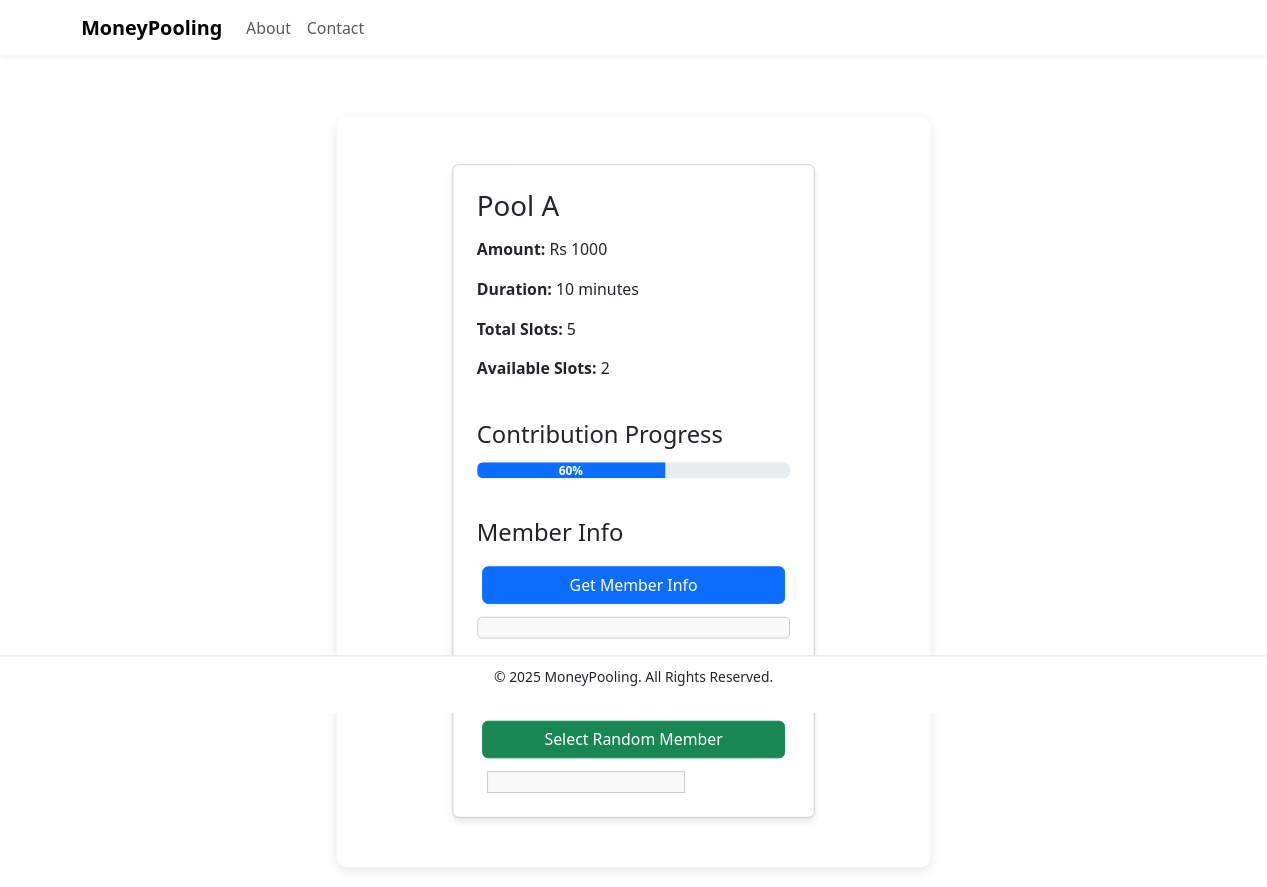
Repository: xxgautm420/MoneyPool
Page: http://localhost/progress
The author's editor kept a copy of each file at every save. The page is drawn from the files as they stood at one save, then again after the next save.
The browser window is 1280 px wide. The pictures show the whole page, at 99% of full size.
The page is served by the project's application, run on Flask 3 (app.py). Other server files are loaded and not shown.

Above is the page before, as saved 2025-03-02 13:41:26.

### templates/progress.html
<!DOCTYPE html>
<html lang="en">
<head>
    <meta charset="UTF-8">
    <meta name="viewport" content="width=device-width, initial-scale=1.0">
    <title>Money Pooling</title>

    <!-- External Stylesheets -->
    <link rel="stylesheet" href="{{ url_for('static', filename='Css/progress.css') }}">
    <link href="https://cdn.jsdelivr.net/npm/bootstrap@5.3.0-alpha1/dist/css/bootstrap.min.css" rel="stylesheet">
</head>
<body>

    <!-- Navbar -->
    <nav class="navbar navbar-expand-lg navbar-light bg-white fixed-top shadow-sm">
        <div class="container">
            <a class="navbar-brand fw-bold" href="#">MoneyPooling</a>
            <div class="collapse navbar-collapse">
                <ul class="navbar-nav me-auto mb-2 mb-lg-0">
                    <li class="nav-item">
                        <a class="nav-link" href="#" id="aboutLink">About</a>
                    </li>
                    <li class="nav-item">
                        <a class="nav-link" href="#" id="contactLink">Contact</a>
                    </li>
                </ul>
            </div>
        </div>
    </nav>

    <div id="aboutFormContainer" class="about-container" style="display: none;">
        <div class="about-box">
            <section>
                <h1>About This Project</h1>
                <p>In today's digital age, web applications play a pivotal role in streamlining various processes and enhancing user experiences. This project focuses on developing a web application designed to facilitate a unique and engaging process where members join a slot, contribute a specified amount, and a randomly selected member benefits until all members have been selected. The application aims to provide a seamless and user-friendly experience, ensuring secure login, easy slot selection, and transparent tracking of contributions.</p>
                <p>The project is motivated by the need to create an efficient and reliable system that can manage member contributions and random selections in a fair and transparent manner. By leveraging modern web technologies, the application aims to enhance user engagement and foster a sense of community among members. This document outlines the functional requirements, user interaction flow, technical specifications, and expected outcomes of the project.</p>
                <button id="closeAbout" class="close-button">x</button>
            </section>
        </div>
    </div>

    <div id="contactFormContainer" class="contact-container" style="display: none;">
        <div class="contact-box">
            <section>
                <h1>Contact</h1>
                <form>
                    <label for="name">Name:</label><br>
                    <input type="text" id="name" name="name" placeholder="Your Name"><br><br>
                    <label for="email">Email:</label><br>
                    <input type="email" id="email" name="email" placeholder="Your Email"><br><br>
                    <label for="number">Number:</label><br>
                    <input type="tel" id="number" name="number" placeholder="Your Phone Number"><br><br>
                </form>
                <p><strong>Address:</strong> Your Address Here</p>
                <p><strong>Contact Number:</strong> Your Contact Number Here</p>
                <button id="closeContact" class="close-button">x</button>
            </section>
        </div>
    </div>

    <!-- Main Content -->
    <div class="main-container mt-5 pt-5">
        <div class="card p-4">
            <h3 id="poolName">Pool A</h3>
            <p><strong>Amount:</strong> Rs <span id="poolAmount">1000</span></p>
            <p><strong>Duration:</strong> 10 minutes</p>
            <p><strong>Total Slots:</strong> 5</p>
            <p><strong>Available Slots:</strong> <span id="availableSlots">2</span></p>

            <!-- Contribution Progress -->
            <h4 class="mt-4">Contribution Progress</h4>
            <div class="progress mb-3">
                <div id="progressBar" class="progress-bar" role="progressbar" style="width: 60%">60%</div>
            </div>

            <!-- Member Info Section -->
            <h4 class="mt-4">Member Info</h4>
            <button id="memberInfoButton" class="btn btn-primary" onclick="fetchUsername(1)">Get Member Info</button>
            <div id="usernamePlaceholder" class="username-placeholder mt-2"></div> <!-- Placeholder for username -->

            <!-- Randomly Selected Member Section -->
            <h4 class="mt-4">Randomly Selected Member</h4>
            <button id="randomSelectButton" class="btn btn-success">Select Random Member</button>
            <div id="selectedMemberPlaceholder" class="selected-member-placeholder mt-2"></div> <!-- Placeholder for selected username -->
        </div>
    </div>

    <!-- Footer -->
    <footer class="footer">
        <p>&copy; 2025 MoneyPooling. All Rights Reserved.</p>
    </footer>

    <!-- External JavaScript -->
    <script src="{{ url_for('static', filename='Script/progress.js') }}"></script>
</body>
</html>

### app.py
from flask import Flask, render_template , jsonify
from user import User, db
from config import Config
from auth import auth_bp

app = Flask(__name__)
app.config.from_object(Config)
db.init_app(app)

app.register_blueprint(auth_bp)

@app.route('/')
def home():
    return render_template('index.html')

@app.route('/progress')
def progress():
    return render_template('progress.html')

@app.route('/api/users/top5', methods=['GET'])
def get_top5_users():
    users = User.query.limit(5).all()
    return jsonify([user.username for user in users])

if __name__ == '__main__':
    app.run(debug=True)

### static/Css/progress.css
/* General Page Styling */
body {
    font-family: Arial, sans-serif;
    text-align: center;
    margin: 0;
    background-color: white;
    padding-top: 70px; /* Space for fixed navbar */
    display: flex;
    flex-direction: column;
    min-height: 100vh; /* Ensure the body takes at least the full height of the viewport */
    align-items: center; /* Center items horizontally */
}

/* Navbar */
.navbar {
    box-shadow: 0px 2px 5px rgba(0, 0, 0, 0.1);
    width: 100%; /* Ensure the navbar spans the full width */
}

/* Footer */
footer {
    width: 100%;
    background-color: white;
    text-align: center;
    padding: 10px;
    font-size: 14px;
    border-top: 1px solid #dee2e6;
    position: fixed; /* Ensure footer stays at the bottom */
    bottom: 0;
    left: 0;
    right: 0;
}

/* About Form Container */
.about-container {
    position: fixed;
    top: 50%;
    left: 50%;
    transform: translate(-50%, -50%);
    width: 80%;
    max-width: 600px;
    background-color: white;
    border-radius: 10px;
    box-shadow: 0 4px 8px rgba(0, 0, 0, 0.1);
    overflow: auto;
    max-height: 90vh;
    padding: 20px;
}

.about-box {
    padding: 20px;
}

.about-container h1 {
    margin-top: 0;
}

.about-container p {
    line-height: 1.6;
}

.close-button {
    position: absolute;
    top: 10px;
    right: 10px;
    background-color: #f44336;
    color: white;
    border: none;
    border-radius: 50%;
    width: 30px;
    height: 30px;
    cursor: pointer;
    font-size: 16px;
}

.close-button:hover {
    background-color: #d32f2f;
}

/* Contact Form Container */
.contact-container {
    position: fixed;
    top: 50%;
    left: 50%;
    transform: translate(-50%, -50%);
    width: 80%;
    max-width: 600px;
    background-color: white;
    border-radius: 10px;
    box-shadow: 0 4px 8px rgba(0, 0, 0, 0.1);
    overflow: auto;
    max-height: 90vh;
    padding: 20px;
}

.contact-container h1 {
    margin-top: 0;
}

.contact-container form {
    margin-top: 20px;
}

.contact-container input,
.contact-container textarea {
    width: 100%;
    padding: 10px;
    margin-top: 5px;
    margin-bottom: 10px;
    border-radius: 5px;
    border: 1px solid #ccc;
}

.contact-container p {
    line-height: 1.6;
    margin-top: 10px;
}

/* Main Container */
.main-container {
    width: 80%;
    max-width: 600px;
    margin: 20px auto;
    padding: 30px;
    background-color: #fff;
    border-radius: 10px;
    box-shadow: 0 4px 12px rgba(0, 0, 0, 0.1);
    flex: 1; /* Allow the container to grow and take available space */
    overflow-y: auto; /* Enable vertical scrolling if content exceeds height */
    display: flex;
    flex-direction: column; /* Stack the elements vertically */
    align-items: center; /* Center items horizontally */
    justify-content: center; /* Center items vertically within the container */
}

/* Member Section */
.member-section {
    display: flex;
    align-items: center; /* Align items vertically centered within the container */
    justify-content: center; /* Align items horizontally centered within the container */
    margin-top: 20px;
}

.card {
    padding: 20px;
    border: 1px solid #dee2e6;
    border-radius: 10px;
    background-color: #ffffff;
    box-shadow: 0 4px 8px rgba(0, 0, 0, 0.1);
    margin-bottom: 20px; /* Add spacing between cards */
}

.card h3, .card h4 {
    margin-bottom: 15px;
}

.progress {
    height: 25px;
}

.progress-bar {
    background-color: #28a745; /* Green background for progress bar */
    color: white;
    font-weight: bold;
    line-height: 25px; /* Vertically center the text within the progress bar */
}

.list-group-item {
    padding: 10px;
    border: 1px solid #dee2e6;
    margin-bottom: 5px;
}

.btn {
    margin: 5px;
    padding: 10px 20px;
    font-size: 16px;
    border-radius: 5px;
    border: none;
}

.btn-success {
    background-color: #28a745;
    color: white;
}

.btn-success:hover {
    background-color: #218838;
}

.mt-4 {
    margin-top: 1.5rem;
}

.mt-5 {
    margin-top: 3rem;
}

.mb-3 {
    margin-bottom: 1rem;
}

.mb-4 {
    margin-bottom: 1.5rem;
}

.text-center {
    text-align: center;
}

.username-placeholder {
    padding: 10px;
    border: 1px solid #ccc;
    border-radius: 5px;
    background-color: #f9f9f9;
    max-width: 400px;
    margin: 10px 0;
}

.username-item {
    padding: 5px;
    border-bottom: 1px solid #ddd;
    font-family: Arial, sans-serif;
    font-size: 14px;
}

.username-item:last-child {
    border-bottom: none;
}

.selected-member-placeholder {
    display: inline-block;
    margin-left: 10px; /* Adjust the space between the button and the placeholder */
    padding: 10px;
    border: 1px solid #ccc;
    background-color: #f9f9f9;
    width: 200px; /* Adjust the width as needed */
    vertical-align: middle; /* Aligns vertically with the button */
}

### static/Script/progress.js
document.addEventListener("DOMContentLoaded", () => {
    const memberInfoButton = document.getElementById("memberInfoButton");
    const usernamePlaceholder = document.getElementById("usernamePlaceholder");
    const randomSelectButton = document.getElementById("randomSelectButton");
    const selectedMemberPlaceholder = document.getElementById("selectedMemberPlaceholder");

    let usernames = [];
    let selectedUsernames = new Set();

    // Fetch and display top 5 users
    memberInfoButton.addEventListener("click", () => {
        fetch('/api/users/top5')
            .then(response => response.json())
            .then(data => {
                usernames = data;
                usernamePlaceholder.innerHTML = usernames.map(user => `<div class="username-item">${user}</div>`).join('');
            })
            .catch(error => {
                console.error('Error fetching user data:', error);
                usernamePlaceholder.innerHTML = 'An error occurred';
            });
    });

    // Randomly select and display a member
    randomSelectButton.addEventListener("click", () => {
        if (selectedUsernames.size >= usernames.length) {
            selectedMemberPlaceholder.innerHTML = 'All members have been selected.';
            return;
        }

        let remainingUsers = usernames.filter(user => !selectedUsernames.has(user));
        let randomIndex = Math.floor(Math.random() * remainingUsers.length);
        let selectedUser = remainingUsers[randomIndex];

        selectedUsernames.add(selectedUser);

        selectedMemberPlaceholder.innerHTML = `Selected Member: ${selectedUser}`;

        setTimeout(() => {
            randomSelectButton.click();
        }, 5000);
    });
});

After the next save:
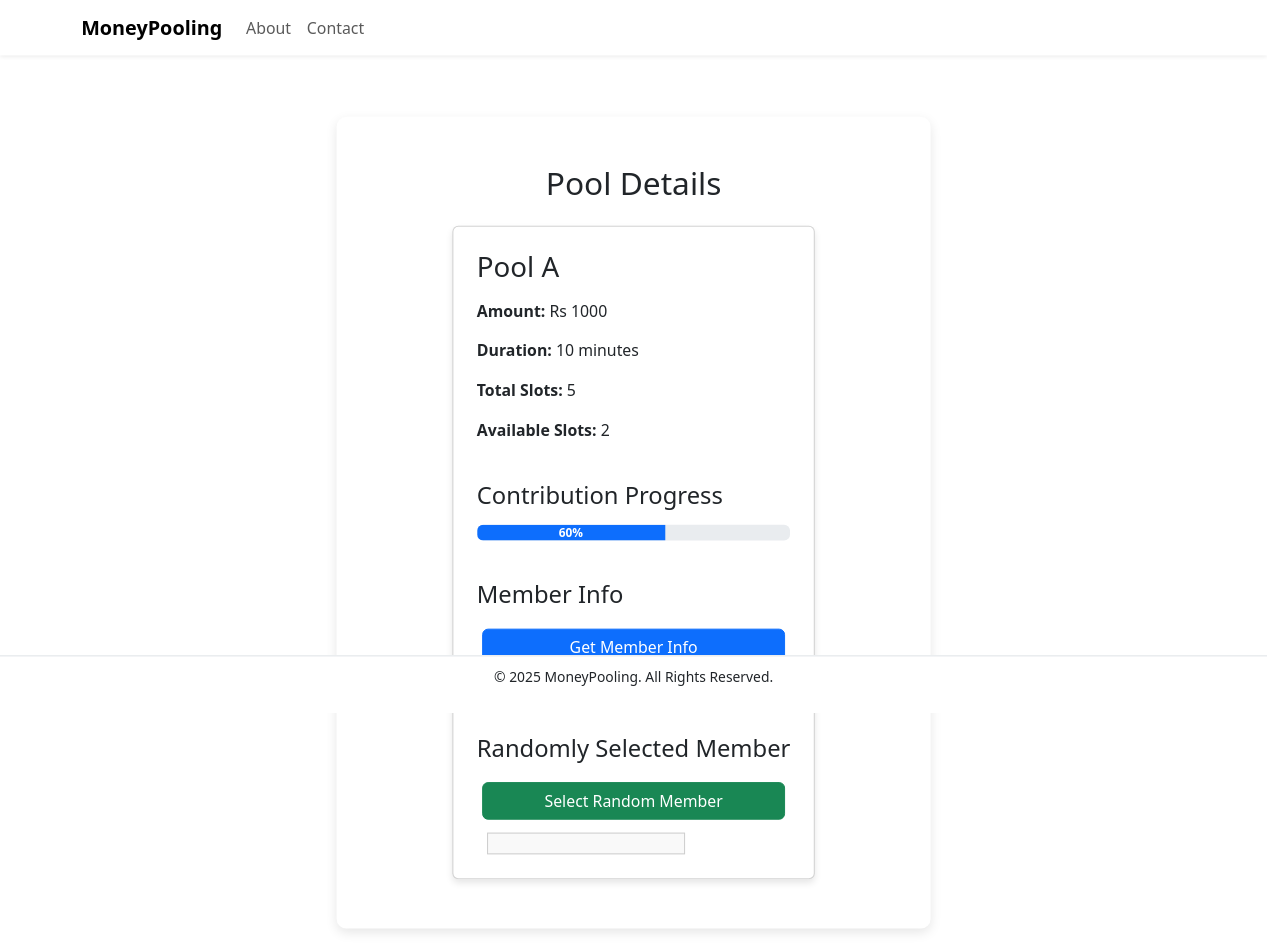
Saved 7 s later.
--- a/templates/progress.html
+++ b/templates/progress.html
@@ -60,6 +60,7 @@
 
     <!-- Main Content -->
     <div class="main-container mt-5 pt-5">
+        <h2 class="text-center mb-4">Pool Details</h2>
         <div class="card p-4">
             <h3 id="poolName">Pool A</h3>
             <p><strong>Amount:</strong> Rs <span id="poolAmount">1000</span></p>

After the save that followed:
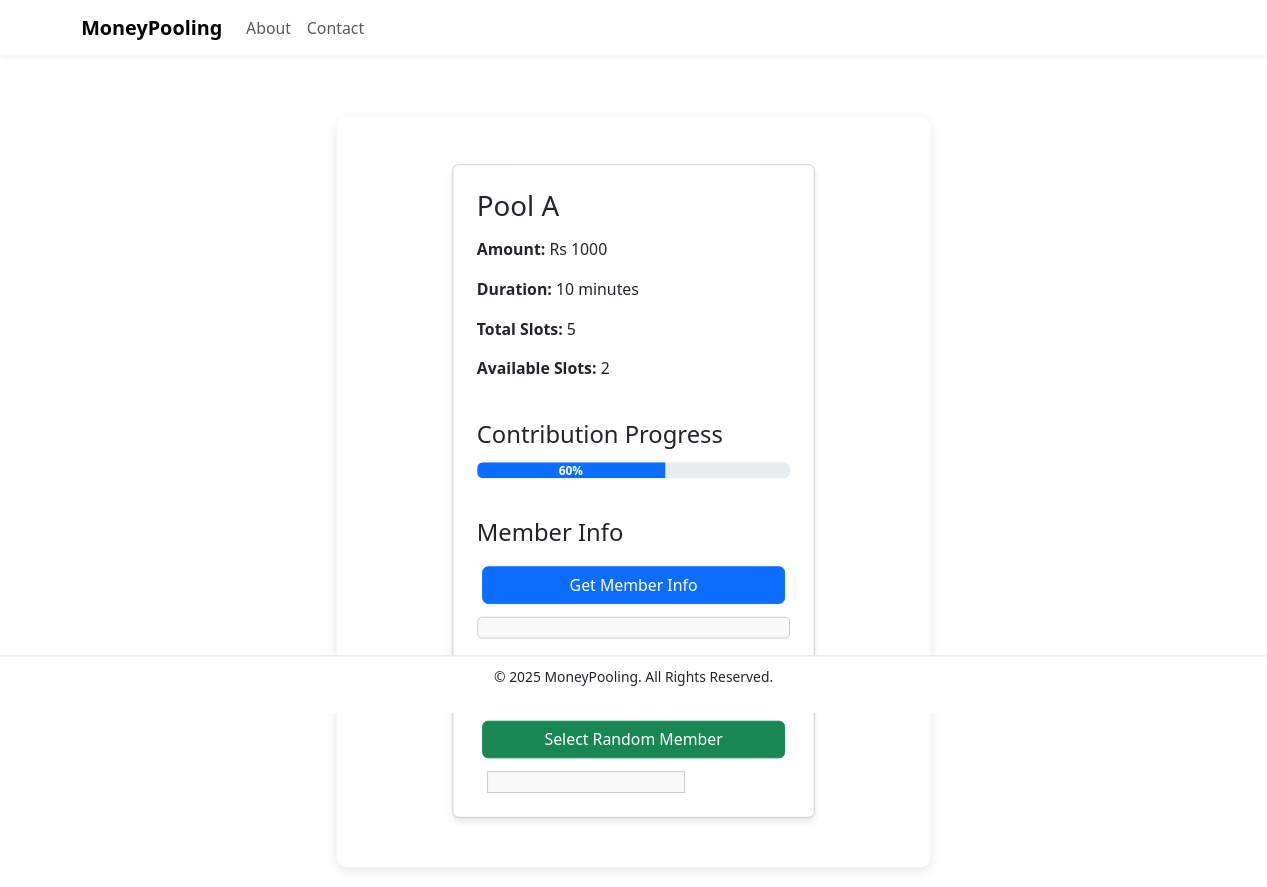
Saved 15 s later.
--- a/templates/progress.html
+++ b/templates/progress.html
@@ -60,7 +60,6 @@
 
     <!-- Main Content -->
     <div class="main-container mt-5 pt-5">
-        <h2 class="text-center mb-4">Pool Details</h2>
         <div class="card p-4">
             <h3 id="poolName">Pool A</h3>
             <p><strong>Amount:</strong> Rs <span id="poolAmount">1000</span></p>
